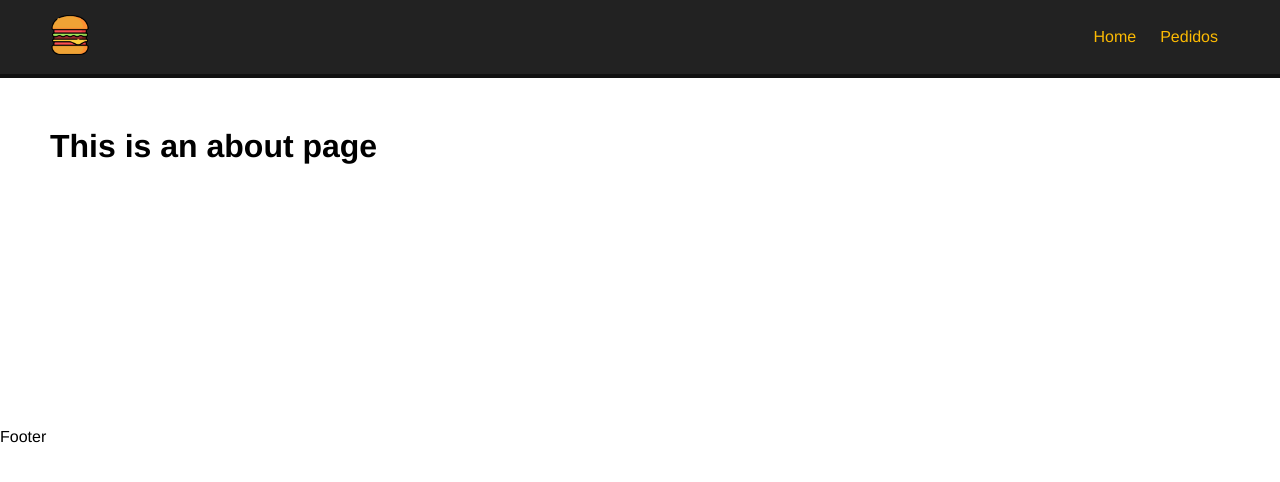
Repository: brunofa23/makeyourburguer
Page: /pedidos
These files come from the project's save history. The page is drawn as it stood at one moment and after the next save; the edit follows.
The browser window is 1280 px wide. The pictures show the whole page.
The project was rebuilt for these pictures with package versions that can differ from the ones it lists, and the page was loaded fresh each time. Also part of the build but not shown: vue.config.js, src/views/HomeView.vue.

Above is the page before, as saved 2022-08-08 20:36:44.

After the next save:
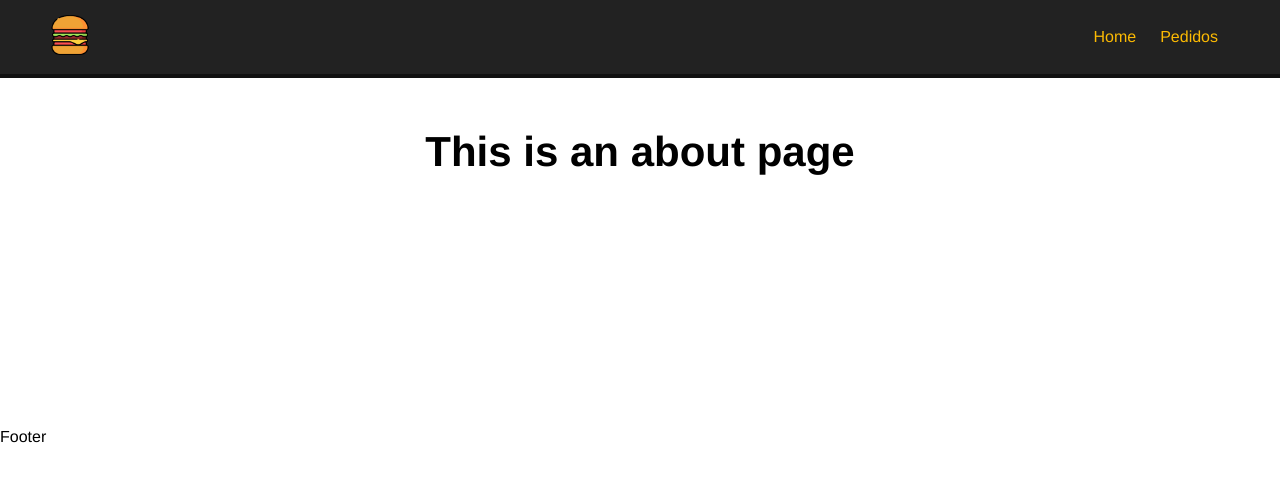
Saved 74 s later.
--- a/src/App.vue
+++ b/src/App.vue
@@ -34,4 +34,10 @@ export default{
   margin:50px;
   min-height: 250px;
 }
+
+h1{
+  text-align: center;
+  font-size: 42px;
+  margin-bottom: 30px;
+}
 </style>
